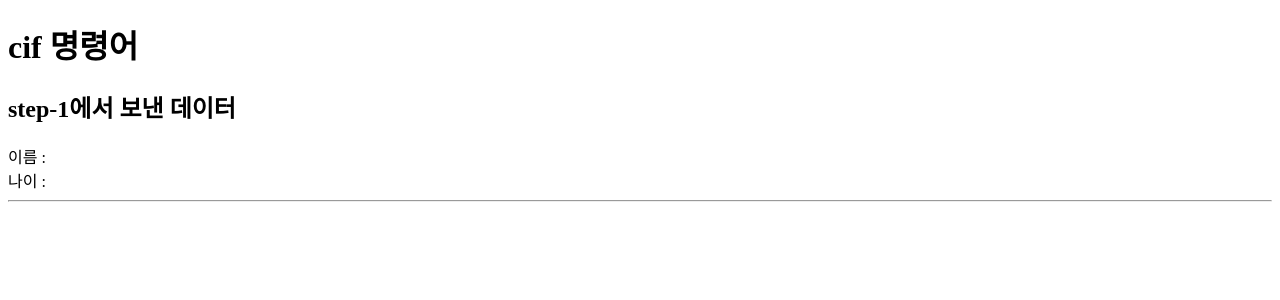
Repository: HaeunOh/study
Page: http://localhost/jstl_study/step-2.jsp
An editor plug-in stored every save of this project. The page is shown before and after a run of saves, followed by the edit.
The browser window is 1280 px wide. The pictures show the whole page.
The page is served by Tomcat 9.

Above is the page before, as saved 2024-04-11 03:01:33.

After the next 2 saves:
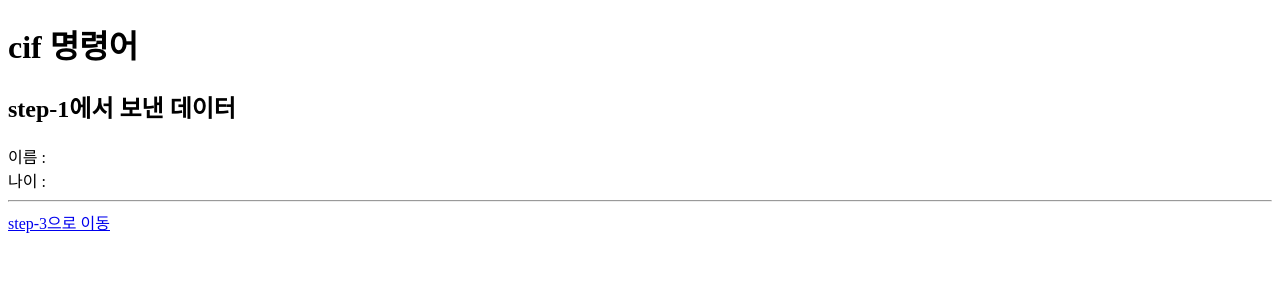
The 2 saves are shown as one change because they came seconds apart.
The last was saved 71 s later.
--- a/_jstl_workspace/jstl_study/src/main/webapp/step-2.jsp
+++ b/_jstl_workspace/jstl_study/src/main/webapp/step-2.jsp
@@ -27,6 +27,7 @@
 	<!-- queryString 방식으로 name=귤%addr=제주 step-3.jsp로 이동  -->
 	<!-- step-3.jsp 페이지 생성 후 파라미터 출력 상품명: / 원산지:   -->
 
+	<a href="step-3.jsp?name=귤&addr=제주">step-3으로 이동</a>
 
 </body>
 </html>
